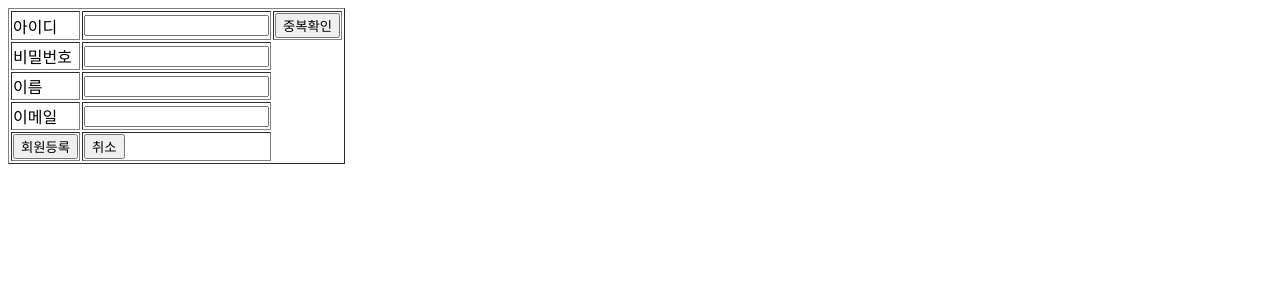
Repository: JungYOsup/Mini_project
Page: http://localhost/EsCape_Room/sign_up_form.jsp
The author's editor kept a copy of each file at every save. The page is drawn from the files as they stood at one save, then again after a run of saves.
The browser window is 1280 px wide. The pictures show the whole page.
The page is served by Tomcat 9. Other server files are loaded and not shown.

Above is the page before, as saved 2018-01-16 05:27:40.

### EsCape_Room/WebContent/sign_up_form.jsp
<!--- 페이지 디렉티브<%--  <%@page %> --%> : JSP페이지에 대한 설정 정보를 지정 -->
<!--인코딩은 UTF-8이고 , html이다.  -->
<!--이렇게 3가지를 구성해줘야지 한글이 안깨짐  -->
<%@ page language="java" contentType="text/html; charset=UTF-8" %>
<%request.setCharacterEncoding("utf-8"); %>
<%response.setContentType("text/html; charset=UTF-8"); %>

<!-- <!DOCTYPE html PUBLIC "-//W3C//DTD HTML 4.01 Transitional//EN" "http://www.w3.org/TR/html4/loose.dtd"> HTML4버전     -->
<!DOCTYPE html> <!--HTML5로 버전을 지정해줌 -->



<html>
<head>

<script type="text/javascript"
	src="http://code.jquery.com/jquery-latest.js"></script>

<script type="text/javascript">

	function check(id) {

		$.ajax({
			url: "AjaxController.do",
			data:"id="+id,
			type: "post",
			datatype:"json",
			success: function name(obj) {

				var dto = obj["dto"];

				if(dto==null){//데이터베이스에 아이디가 없을 경우


					$("span[id=sp]").text("사용가능한 아이디입니다.");

				}else{

					$("span[id=sp]").text("이미존재하는 아이디입니다.");



				}


			}

		});


	}



</script>
<meta http-equiv="Content-Type" content="text/html; charset=UTF-8">
<title>Insert title here</title>
</head>
<body>
<form action="Controller.do" method="post">
<input type="hidden" name="command" value="signup">
<table border="1">
	<tr>

	<td>아이디</td>
	<td><input type="text" name="id" id="idchk" required="required"></td>
	<td><input type="button" value="중복확인" onclick="check(idchk.value)"> </td>

 	</tr>
	<tr>

	<td>비밀번호</td>
	<td><input type="text" name="pw" ></td>
	</tr>
	<tr>

	<td>이름</td>
	<td><input type="text" name="name" ></td>
	</tr>
	<tr>

	<td>이메일</td>
	<td><input type="email" name="email" ></td>
	</tr>
	<tr>
		<td><input type="submit" value="회원등록"/></td>
		<td><input type="button" value="취소"> </td>

	</tr>

</table>
</form>
</body>
</html>

After the next 2 saves:
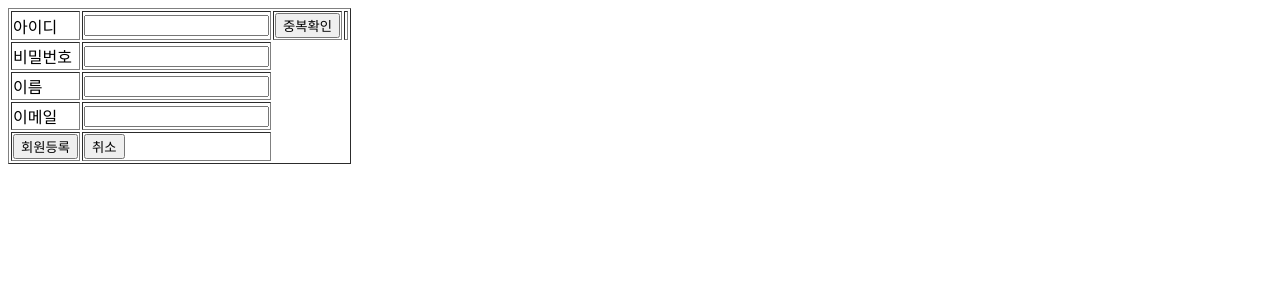
The 2 saves are shown as one change because they came seconds apart.
The last was saved 7 s later.
--- a/EsCape_Room/WebContent/sign_up_form.jsp
+++ b/EsCape_Room/WebContent/sign_up_form.jsp
@@ -65,6 +65,7 @@
 	<td>아이디</td>
 	<td><input type="text" name="id" id="idchk" required="required"></td>
 	<td><input type="button" value="중복확인" onclick="check(idchk.value)"> </td>
+	<td><span id="sp"></span></td>
 
  	</tr>
 	<tr>

After the 4 saves that followed:
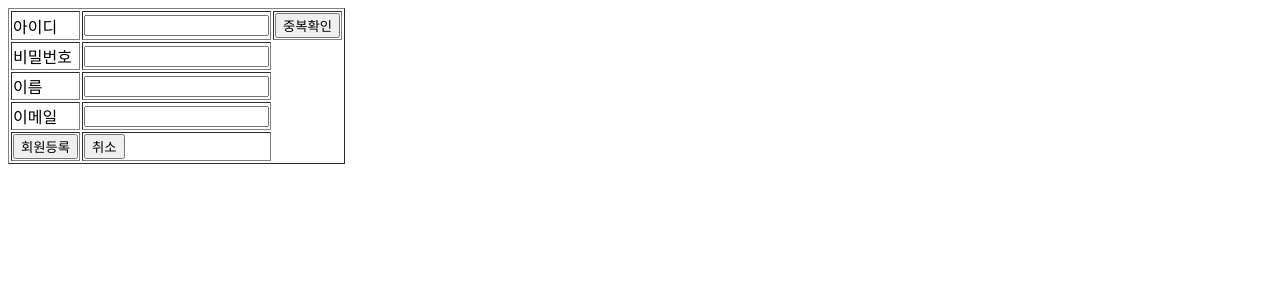
The 4 saves are shown as one change because 3 left the picture as it was.
The last was saved 2 min 40 s later.
--- a/EsCape_Room/WebContent/sign_up_form.jsp
+++ b/EsCape_Room/WebContent/sign_up_form.jsp
@@ -64,8 +64,8 @@
 
 	<td>아이디</td>
 	<td><input type="text" name="id" id="idchk" required="required"></td>
-	<td><input type="button" value="중복확인" onclick="check(idchk.value)"> </td>
-	<td><span id="sp"></span></td>
+	<td><input type="button" value="중복확인" onclick="check(idchk.value)"></td>
+	<span id="sp"></span>
 
  	</tr>
 	<tr>
